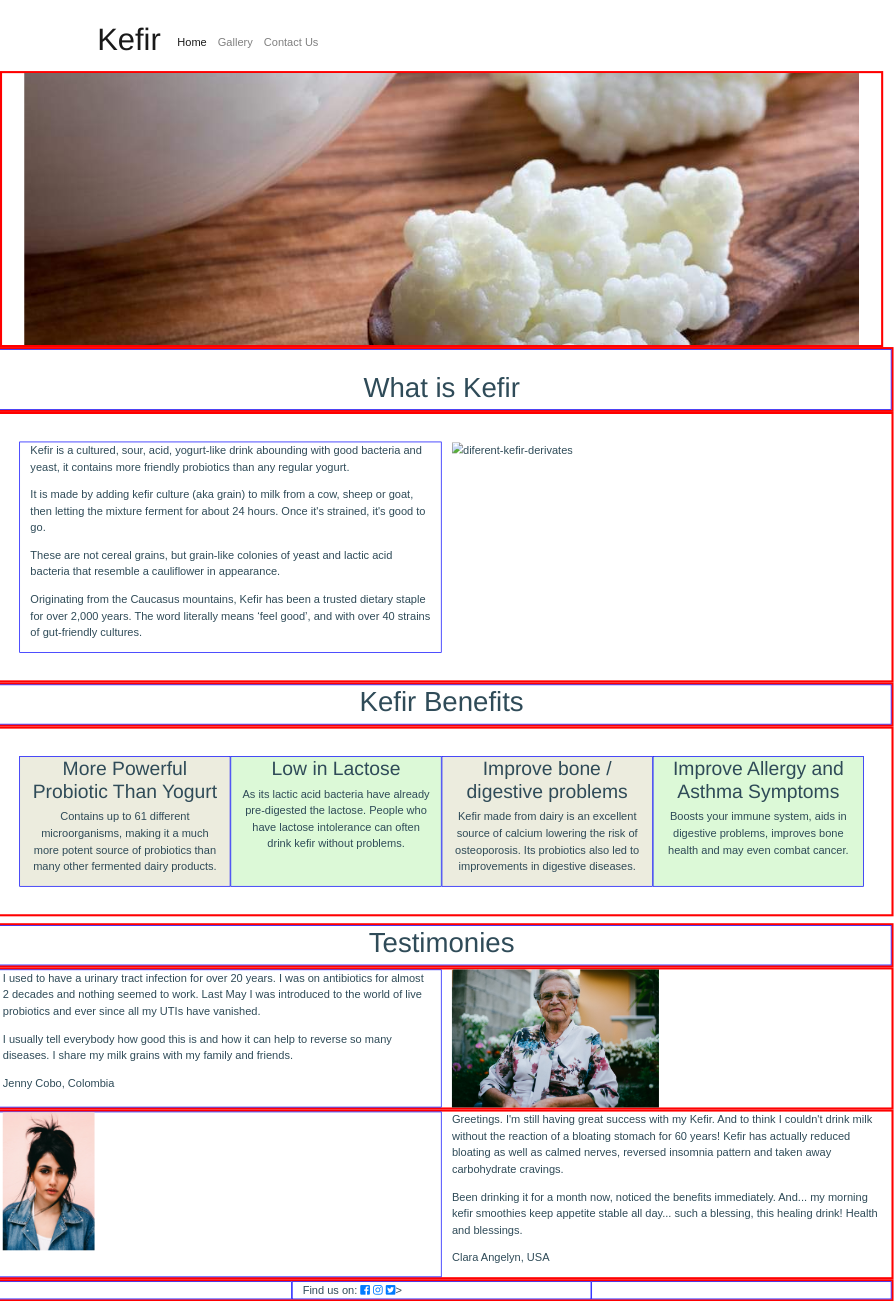
Repository: Code-Institute-Submissions/andna5980-kefir-repo_JuneResub
Page: index.html
These files come from the project's save history. The page is drawn as it stood at one moment and after the next save; the edit follows.
The browser window is 1280 px wide. The page is 1295 px wide, so the pictures cover 1295 px, including what lies to the right of the window. The pictures show the whole page, at 69% of full size.
Some web fonts or font styles are not loaded; a fallback is used. Some web libraries are served in a nearby version.

Above is the page before, as saved 2021-03-01 22:23:46.

After the next save:
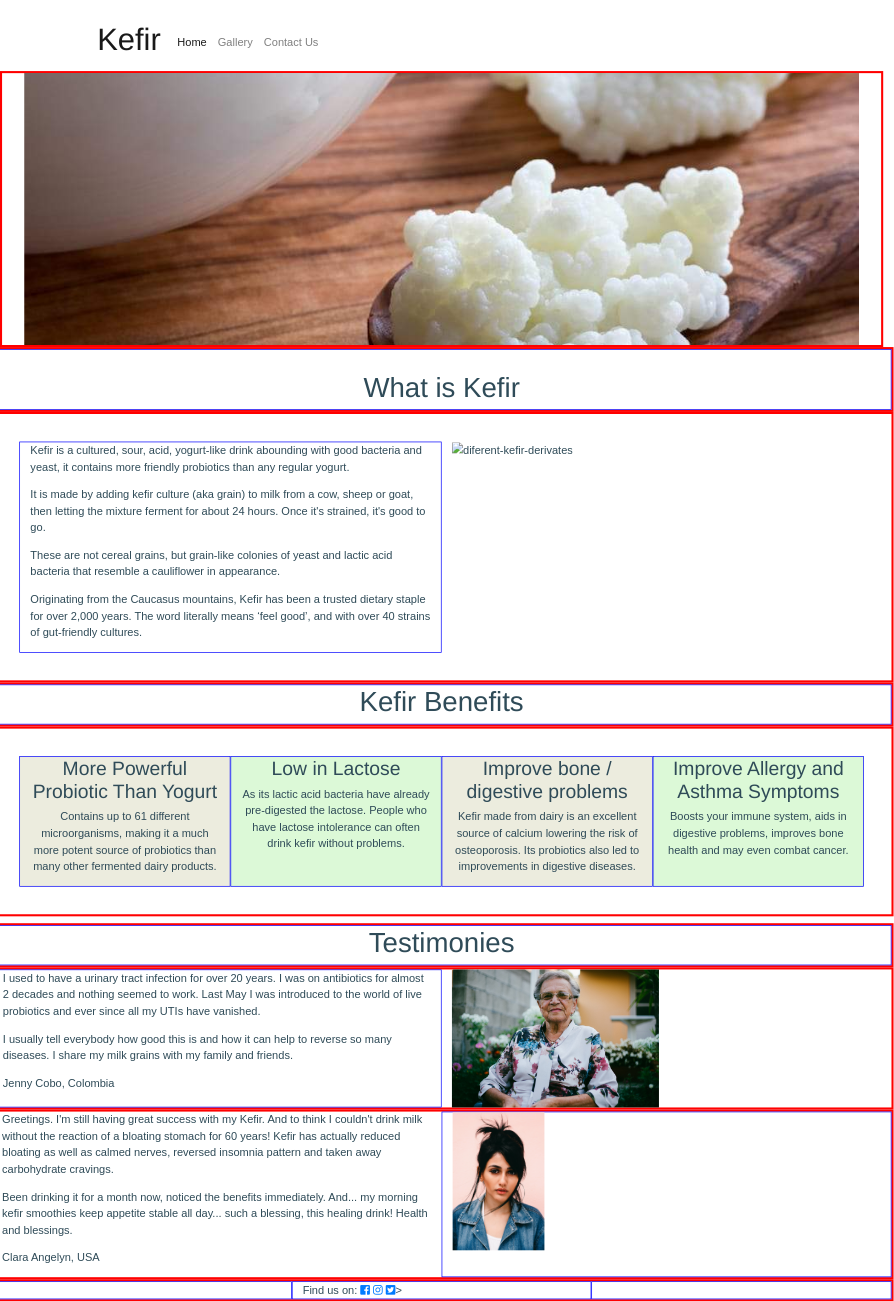
Saved 94 s later.
--- a/index.html
+++ b/index.html
@@ -142,10 +142,10 @@
 
     <div class="test-red row">
 
-      <div class="test-blue col-12 col-sm-6 order-xs-2">
+      <div class="test-blue col-12 col-sm-6 col order-last">
         <img src="./assets/images/matheus-ferrero-W7b3eDUb_2I-unsplash.jpg" alt="kefir-products" height="200">
       </div>
-      <div class="col-12 col-sm-6 order-2 order-xs-1">
+      <div class="col-12 col-sm-6 ">
         <p>Greetings. I'm still having great success with my Kefir. And to think I couldn't drink milk without the
           reaction of a bloating stomach for 60 years! Kefir has actually reduced bloating as well as calmed
           nerves, reversed insomnia pattern and taken away carbohydrate cravings.</p>

After the save that followed:
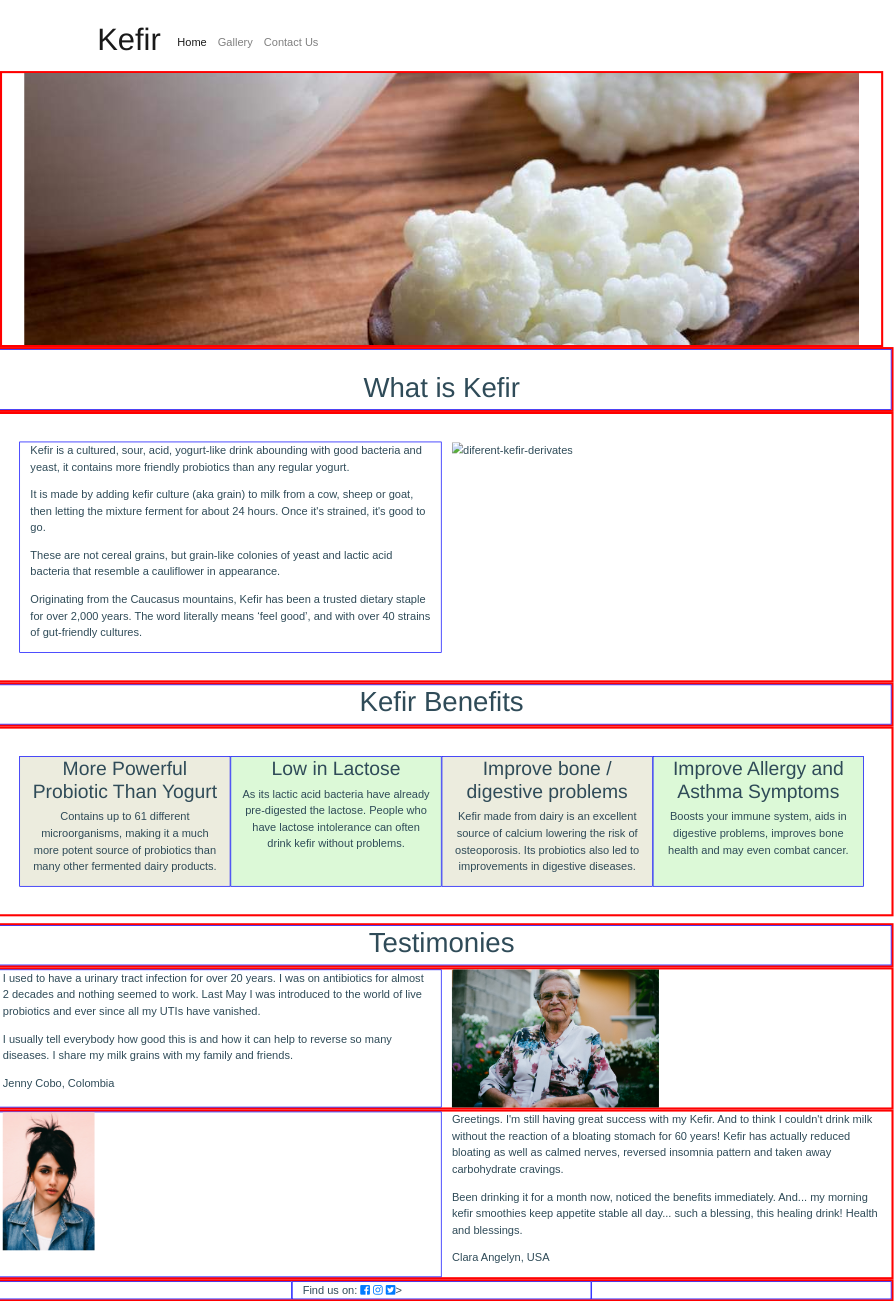
Saved 61 s later.
--- a/index.html
+++ b/index.html
@@ -142,7 +142,7 @@
 
     <div class="test-red row">
 
-      <div class="test-blue col-12 col-sm-6 col order-last">
+      <div class="test-blue col-12 col-sm-6 .order1.order-xs-c">
         <img src="./assets/images/matheus-ferrero-W7b3eDUb_2I-unsplash.jpg" alt="kefir-products" height="200">
       </div>
       <div class="col-12 col-sm-6 ">
